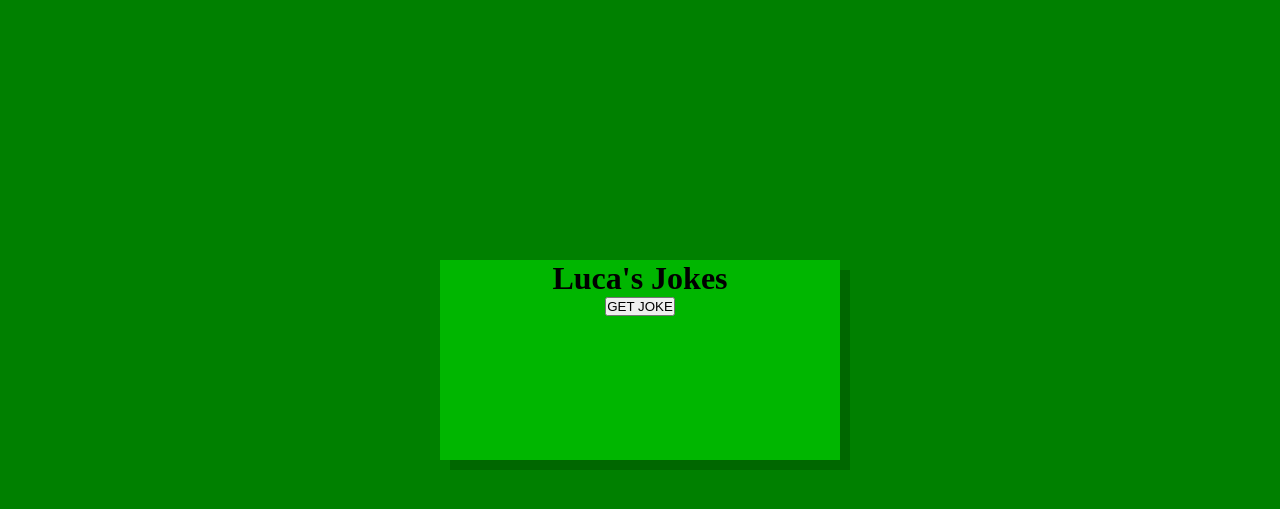
Repository: SerbanLuca/ChuckNorrisJokes-app
Page: /
These files come from the project's save history. The page is drawn as it stood at one moment and after the next save; the edit follows.
The browser window is 1280 px wide. The pictures show the whole page.
The page's requests for data from a server got no answer. The project was rebuilt for these pictures with package versions that can differ from the ones it lists, and the page was loaded fresh each time. No one was signed in, and anything a server would have sent is missing.

Above is the page before, as saved 2021-04-07 14:03:53.

After the next save:
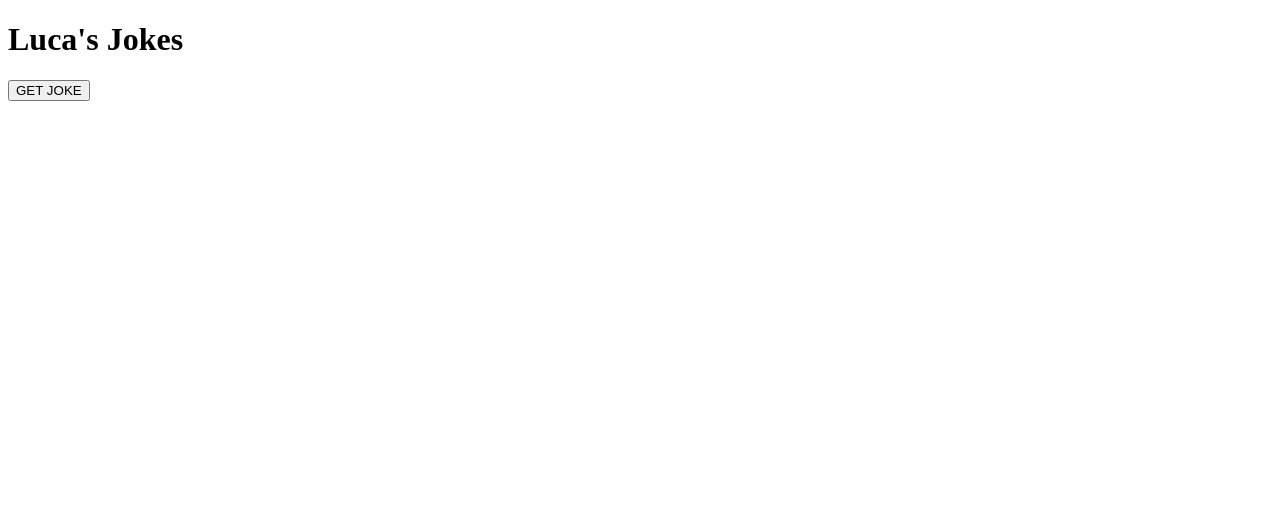
Saved 2 min 15 s later.
--- a/src/App.js
+++ b/src/App.js
@@ -1,7 +1,6 @@
-import './App.css';
 import React, {useState, useEffect} from 'react';
 
-const API_KEY = `https://api.chucknorris.io/jokes/random`;
+const API_KEY = `https://api.icndb.com/jokes/random`;
 
 function App() {
 

After the 2 saves that followed:
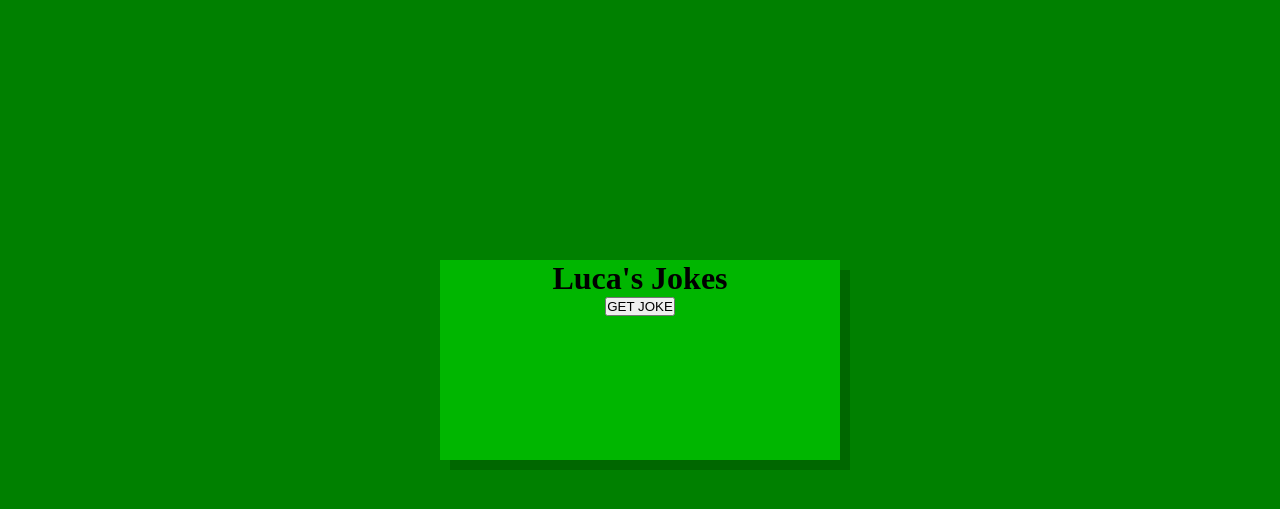
The 2 saves are shown as one change because 1 left the picture as it was.
The last was saved 2 min 58 s later.
--- a/src/App.js
+++ b/src/App.js
@@ -1,3 +1,4 @@
+import './App.css';
 import React, {useState, useEffect} from 'react';
 
 const API_KEY = `https://api.icndb.com/jokes/random`;
